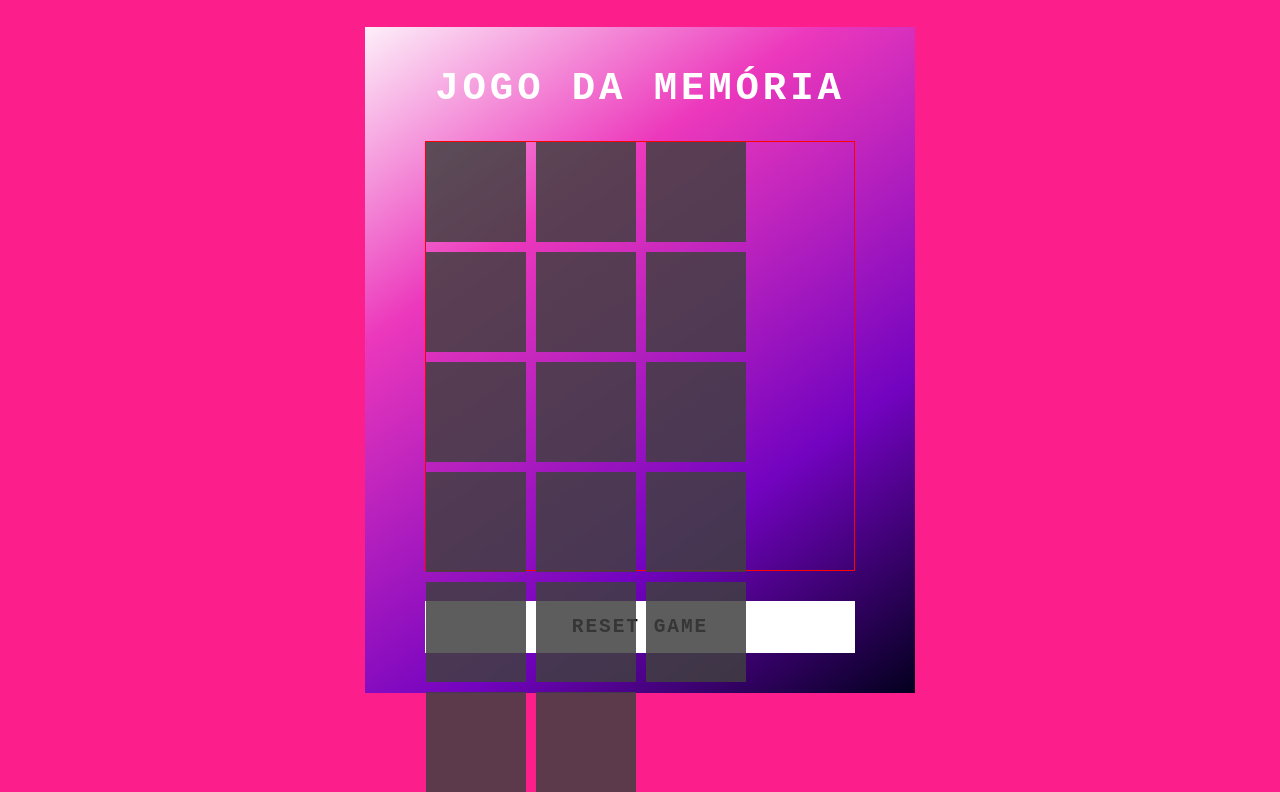
Repository: Zoemateus324/memory-game
Page: index.html
The author's editor kept a copy of each file at every save. The page is drawn from the files as they stood at one save, then again after the next save.
The browser window is 1280 px wide. The pictures show the whole page.

Above is the page before, as saved 2024-11-27 09:01:58.

### index.html
<!DOCTYPE html>
<html lang="pt-br">

<head>
    <meta charset="UTF-8">
    <meta name="viewport" content="width=device-width, initial-scale=1.0">
    <title>Memory Game</title>
    <link rel="stylesheet" href="./src/styles/reset.css">
    <link rel="stylesheet" href="./src/styles/main.css">
</head>

<body>
    <div class="container">
        <h2>Jogo da Memória</h2>
        <div class="game">
            <div class="item"></div>
        </div>
        <button class="reset" onclick="window.location.reload()">RESET GAME</button>
    </div>



    <script src="./src/scripts/engine.js" defer></script>
</body>

</html>

### src/styles/reset.css
*{
    margin:0;
    padding:0;
    outline:none;
    box-sizing:border-box;
    font-family:monospace;
}

### src/styles/main.css
body{
    display:flex;
    justify-content:center;
    align-items:center;
    min-height:100vh;
    background:#fc1e8a;

}


.container{
    position:relative;
    display:flex;
    flex-direction:column;
    justify-content:center;
    align-items:center;
    gap:30px;
    background:linear-gradient(
        325deg,
        #03001e 0%,
        #7303c0 30%,
        #ec38bc 70%,
        #fdeff9 100%
    );
    padding:40px 60px;
}


h2{
    font-size:3em;
    color: #fff;
    text-transform:uppercase;
    letter-spacing:0.1em;
}


.reset{
    padding:15px 20px;
    width:100%;
    color:#000;
    background-color:#fff;
    border:none;
    font-size:1.5em;
    letter-spacing:0.1em;
    text-transform:uppercase;
    cursor:pointer;
    font-weight:600;

}

.reset:focus{
    color:#ec38bc;
    background-color:#262809;
}


.game{
    display:flex;
    width:430px;
    height:430px;
    border:1px solid red;
    flex-wrap:wrap;
    gap:10px;
    transform-style:preserve-3d;
    perspective:500px;
}


.item{
    position:relative;
    width:100px;
    height:100px;
    opacity:85%;
    display:flex;
    align-items:center;
    justify-content:center;
    background-color:#fff;


    font-size:3em;
    transform:rotateY(180deg);
    transition:0.25s;
}

.item::after{
    content:"";
    position:absolute;
    inset:0;
    background:#404040;
    transition:0.25s;
    transform:rotateY(0deg);
    backface-visibility:hidden;
}

### src/scripts/engine.js
const emojis = [
    "😁",
    "😁",
    "😢",
    "😢",
    "😤",
    "😤",
    "🤡",
    "🤡",
    "👹",
    "👹",
    "🐵",
    "🐵",
    "🦄",
    "🦄",
    "🦁",
    "🦁"
];
let openCards = [];



let shuffleEmojis = emojis.sort(() => (Math.random() > 0.5 ? 2 : -1));



for (let i = 0; i < emojis.length; i++) {
    let box = document.createElement("div");
    box.className = "item";
    box.innerHTML = shuffleEmojis[i];
    box.onclick = handleClick;
    document.querySelector(".game").appendChild(box);
}


function handleClick() {
    if (openCards.length < 2) {
        this.classList.add("boxOpen");
        openCards.push(this);
    }

    if (openCards.length == 2) {
        setTimeout(checkMatch, 500);
    }
}

function checkMatch() {

}

After the next save:
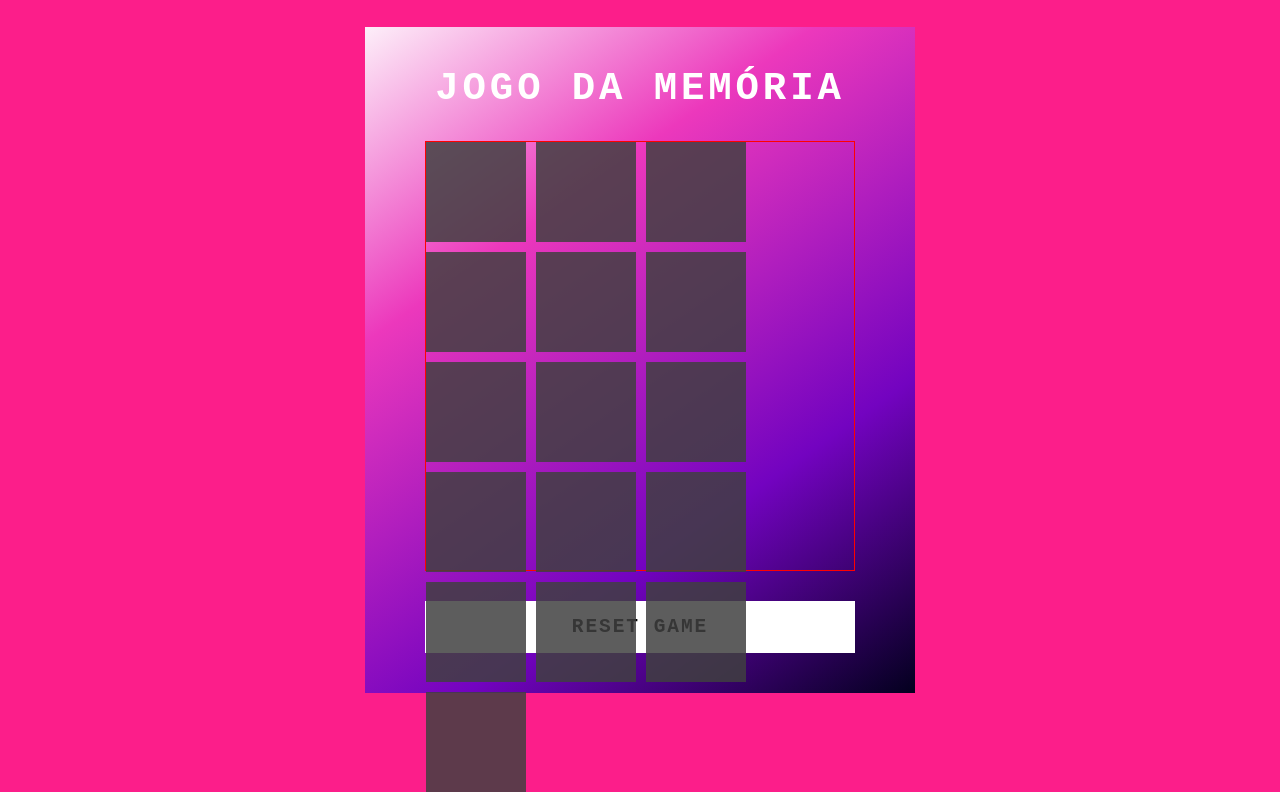
Saved 32 s later.
--- a/index.html
+++ b/index.html
@@ -13,7 +13,6 @@
     <div class="container">
         <h2>Jogo da Memória</h2>
         <div class="game">
-            <div class="item"></div>
         </div>
         <button class="reset" onclick="window.location.reload()">RESET GAME</button>
     </div>
